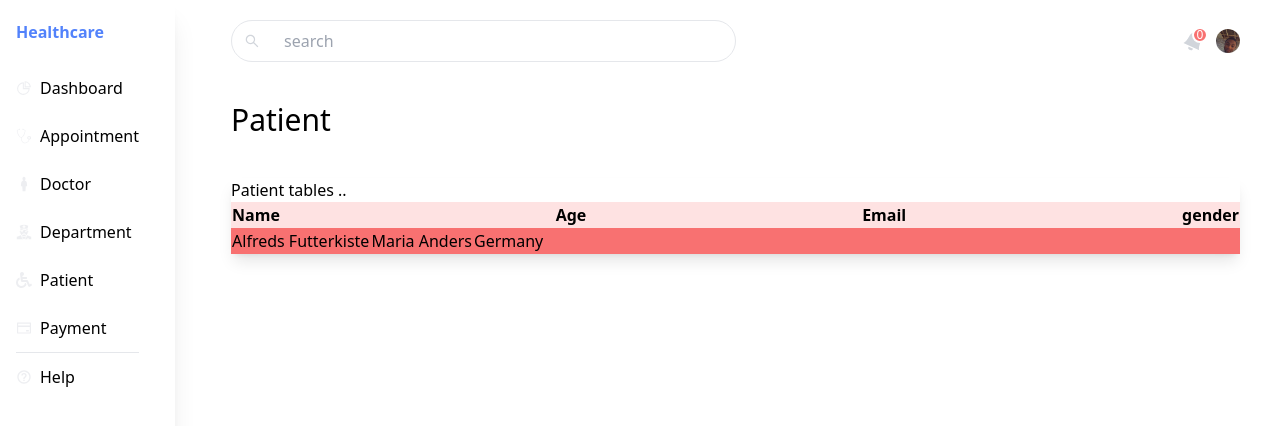
Repository: hisreal123/healthcare-dashboard
Page: /patient
The author's editor kept a copy of each file at every save. The page is drawn from the files as they stood at one save, then again after a run of saves.
The browser window is 1280 px wide. The pictures show the whole page.
The project was rebuilt for these pictures with package versions that can differ from the ones it lists, and the page was loaded fresh each time. Also part of the build but not shown: vite.config.ts, src/routes/Error.tsx, src/views/Dashboard.tsx, components/tables/AppointementTable.tsx, src/views/Appointment.tsx, src/views/Doctor.tsx, src/views/Department.tsx, src/views/Payment.tsx and 1 more.

Above is the page before, as saved 2023-05-05 19:05:21.

### src/main.tsx
import React from 'react'
import ReactDOM from 'react-dom/client'
import App from './App.tsx'
import './index.css'


ReactDOM.createRoot(document.getElementById('root') as HTMLElement).render(
  <React.StrictMode>
    <App />
  </React.StrictMode>,
)

### src/App.tsx
import React from "react"
import {
  createBrowserRouter,
  RouterProvider,
} from "react-router-dom";
import Navigation from "../components/Navigation";
import Error from "./routes/Error";
import Dashboard from "./views/Dashboard";
import Appointment from "./views/Appointment";
import Doctor from "./views/Doctor";
import Department from "./views/Department";
import Patient from "./views/Patient";
import Payment from "./views/Payment";
import Help from "./views/Help";
import { Provider } from "react-redux";
import store from '../redux/store';

const router = createBrowserRouter([
  {
    path: "/",
    element: <Navigation />,
    errorElement: <Error />,

    children: [
      {
        path: "/dashboard",
        element: <Dashboard />,
      },
      {
        path: "/appointment",
        element: <Appointment />,
      },
      {
        path: "/doctor",
        element: <Doctor />,
      },
      {
        path: "/department",
        element: <Department />,
      },
      {
        path: "/patient",
        element: <Patient />,
      },
      {
        path: "/payment",
        element: <Payment />,
      },
      {
        path: "/help",
        element: <Help />,
      },
    ]

  }
]);



function App() {
  return (
    <Provider store={store}>
      <RouterProvider router={router} />
    </Provider>
  )
}

export default App

### components/Navigation.tsx
import { Outlet } from "react-router-dom";
import { list } from "../src/data/Links";

export default function Navigation() {

    return (
        <>
            <section className="flex space-x-4">
                <div id="sidebar" className="  h-screen shadow-xl group">
                    <div className="px-4 ">

                        {/* logo */}
                        <div >
                            <h1 className="py-5 text-[#5282FB] font-bold">Healthcare</h1>
                        </div>

                        {/* nav */}
                        <nav className="relative pr-5 ">
                            <ul className="relative">
                                {list.map((list, index) => {
                                    return (
                                        <li key={index} className="flex space-x-2 items-center py-3 last:border-t ">
                                            <span className="text-gray-200/70 text-md ">{list.icon}</span>
                                            <a href={`./${list.link}`} className="focus:text-[#5282FB] ">{list.name}</a>
                                        </li>
                                    )
                                })}
                            </ul>
                        </nav>
                    </div>
                </div>
                <div id="detail" className="relative w-full"><Outlet /></div>
            </section>
        </>
    );
}

### src/views/Patient.tsx
import React from 'react'
import ProfileHeader from '../../components/holders/ProfileHeader'
import PatientTable from '../../components/tables/PatientsTable'


export default function Patient() {
    return (
        <>
            <section
                className=" px-10 pt-5 w-full relative">
                <ProfileHeader />

                <main className="div mt-10">
                    <h1 className='lg:text-3xl'> Patient</h1>
                    <PatientTable />
                </main>
            </section>
        </>
    )
}

### redux/store.js
import { configureStore } from "@reduxjs/toolkit";
import AppointmentReducer from "./slices/Appointment";
import patientsReducer from "./slices/Patient";



const store = configureStore({
    reducer : {
        appointments:  AppointmentReducer,
        patients:  patientsReducer,
    }
})


export default store

### src/data/Links.tsx
import { Home, BarChart2 } from 'react-feather';
import { GiStethoscope, GiPerson, GiNurseMale } from 'react-icons/gi'
import { FaWheelchair } from 'react-icons/fa'
import { AiOutlineCreditCard, AiOutlinePieChart } from 'react-icons/ai'
import { BiHelpCircle } from 'react-icons/bi'


type Class  = {
    id: number,
    icon: any,
    name:  string,
    link: string
}


export const list: Class[]= [
    {
        id: 1,
        icon: <AiOutlinePieChart />,
        name: 'Dashboard',
        link: './dashboard',
    },
    {
        id: 2,
        icon: <GiStethoscope />,
        name: 'Appointment',
        link: './Appointment',
    },
    {
        id: 3,
        icon: <GiPerson />,
        name: 'Doctor',
        link: './doctor',
    },
    {
        id: 4,
        icon: <GiNurseMale />,
        name: 'Department',
        link: './department',
    },
    {
        id: 5,
        icon: <FaWheelchair />,
        name: 'Patient',
        link: './patient',
    },
    {
        id: 6,
        icon: <AiOutlineCreditCard />,
        name: 'Payment',
        link: './payment',
    },
    {
        id: 7,
        icon: <BiHelpCircle />,
        name: 'Help',
        link: './help',
    },
]

### components/holders/ProfileHeader.tsx
import React from 'react'
import SearchBar from '../Misc/SearchBar'
import { BsFillBellFill } from 'react-icons/bs'



type ImageWrapperProp = {
    ImageWrapperStyle?: string
}
export const ImageWrapper = ({ ImageWrapperStyle }: ImageWrapperProp) => {
    return (
        <>
            <div className={` ${ImageWrapperStyle} cursor-pointer h-6 w-6 overflow-hidden rounded-full bg-black hover:h-6 hover:w-6`}>
                <img src='./profile.jpg' alt="" className='object-center ' />
            </div>
        </>
    )
}


export default function ProfileHeader() {

    const count = 0
    return (
        <>
            <section className='flex items-center justify-between relative w-full'>

                <SearchBar />

                <div className="right flex  items-center space-x-3">

                    <span className='relative group'>
                        <BsFillBellFill className=" cursor-pointer text-xl text-gray-300 rotate-[25deg] group-hover:text-gray-400" />
                        <span className=" cursor-pointer absolute -top-1 -right-1 text-xs text-white border-2 border-white  bg-red-400  group-hover:bg-red-600 rounded-full h-4 w-4  flex items-center  justify-center">
                            {count}
                        </span>
                    </span>


                    <ImageWrapper ImageWrapperStyle='' />
                </div>
            </section>
        </>
    )
}

### components/tables/PatientsTable.tsx
import React, { Fragment } from 'react'
import { useSelector } from 'react-redux'
import { selectAllPatient } from '../../redux/slices/Patient'
import { ImageWrapper } from '../holders/ProfileHeader'


type PatientTableProps = {
    patientStyle?: string
}


export default function PatientTable({ patientStyle }: PatientTableProps) {

    const patients: any = useSelector(selectAllPatient);
    console.log(patients)


    const PatientList = patients.map((patient: any, index: number) => {
        return (
            <>
                <tr key={index} className="flex-1 w-full flex relative justify-between">
                    <td className='flex item-center space-x-2'>
                        <ImageWrapper />
                        <span>
                            {patient.name}
                        </span>
                    </td>
                    <td>{patient.email}</td>
                    <td>{patient.age}</td>
                    <td>{patient.gender}</td>
                </tr>
            </>
        )
    })



    const PTable = () => {
        return (
            <>
                <table className="relative w-full bg-red-400 inline-block">
                    <tr className='flex-1 w-full bg-red-100 flex relative justify-between'>
                        <th>Name</th>
                        <th>Age</th>
                        <th>Email</th>
                        <th>gender</th>
                    </tr>
                    <tr className=''>
                        <td>Alfreds Futterkiste</td>
                        <td>Maria Anders</td>
                        <td>Germany</td>
                    </tr>
                </table>
            </>
        )
    }


    return (
        <>
            <section className={`${patientStyle} mt-10 bg-white shadow-lg relative`}>
                <h1> Patient tables ..</h1>
                <PTable />
            </section>
        </>
    )
}

### redux/slices/Appointment.js
import { createSlice } from "@reduxjs/toolkit";
import { sub } from "date-fns";

// const GENDER =  'M' || 'F',

// const userType = {
//     id: String,
//     name: String,
//     gender: String,
//     age: Number,
//     email:String
// }


const initialState = [

]



const appointmentsSlice = createSlice({
    name: 'appointments',
    initialState,
    reducers : {
        createAppointment (state, action ){
            state.push(action.payload)
        }
    }
})


export const createAppointment = appointmentsSlice.actions
export default appointmentsSlice.reducer

### redux/slices/Patient.js
import { createSlice } from "@reduxjs/toolkit";

const initialState = [
    {
        id:'1',
        image: '../profile.jpg',
        name: 'Lexis Alexandra',
        gender: 'M',
        age: 34,
        email: 'alex@gmail.com'
    },
    {
        id:'2',
        image: '../profile.jpg',
        name: 'Ronald Richard',
        gender: 'F',
        age: 40,
        email: 'Ronald@outlook.com'
    },
];

const patientsSlice = createSlice({
    name: 'patients',
    initialState,
    reducers: {
        addPatient(state, action) {
            state.push(action.payload);
        },
    },
});

export const selectAllPatient = (state) => state.patients;
export const { addPatient } = patientsSlice.actions;
export default patientsSlice.reducer;

### components/Misc/SearchBar.tsx
import React from 'react'
import { AiOutlineSearch } from 'react-icons/ai'

type SearchProps = {
    SearchStyle?: string
}

export default function SearchBar({ SearchStyle }: SearchProps) {
    const [name, setName] = React.useState('');



    const handleSearchClicked = (e: any) => {
        setName(e.target.value)
        console.log(name)
    }

    const handleFormSearch = (e: any) => {
        e.preventDefault()
        console.log(name)

        setName('')
    }
    return (
        <>
            <div className="search flex rounded-3xl overflow-hidden border items-center  w-1/2 ">
                <form className='flex items-center' onSubmit={handleFormSearch}>
                    <span className='px-3 relative'>
                        <AiOutlineSearch className="text-gray-300" onClick={handleSearchClicked} />
                    </span>
                    <input
                        type="text"
                        placeholder='search'
                        className={`${SearchStyle}  outline-none w-full py-2 pl-3 `}
                        aria-expanded
                        value={name}
                        onChange={handleSearchClicked}
                    />
                </form>
            </div>
        </>
    )
}

### tailwind.config.js
/** @type {import('tailwindcss').Config} */
export default {
   content: [
    "./index.html",
    "./src/**/*.{js,ts,jsx,tsx}",
    "./components/**/*.{js,ts,jsx,tsx}",
  ],
  theme: {
    extend: {},
  },
  plugins: [],
}

Loaded but not shown: index.html (common file); src/index.css (common file)

After the next 2 saves:
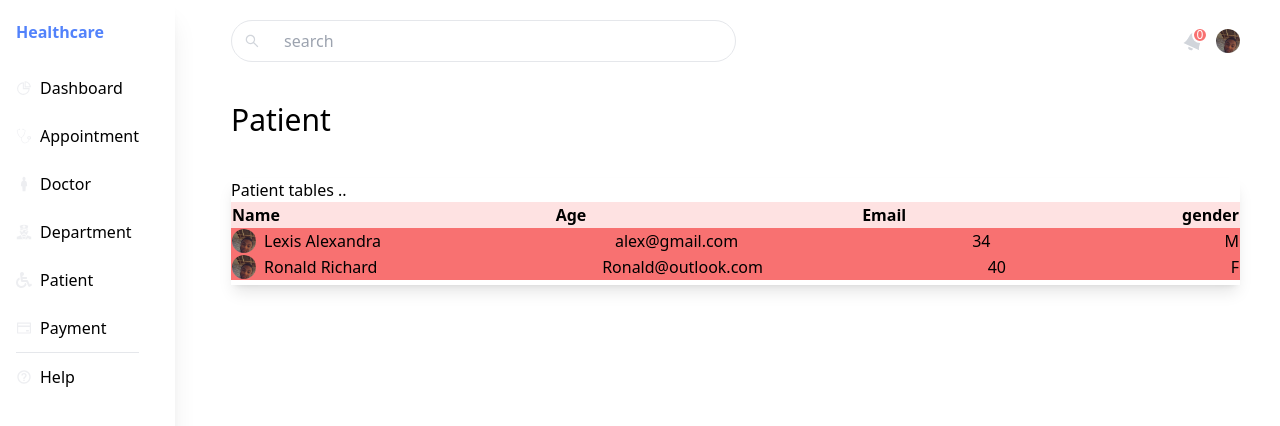
The 2 saves are shown as one change because they came seconds apart.
The last was saved 10 s later.
--- a/components/tables/PatientsTable.tsx
+++ b/components/tables/PatientsTable.tsx
@@ -45,11 +45,7 @@ export default function PatientTable({ patientStyle }: PatientTableProps) {
                         <th>Email</th>
                         <th>gender</th>
                     </tr>
-                    <tr className=''>
-                        <td>Alfreds Futterkiste</td>
-                        <td>Maria Anders</td>
-                        <td>Germany</td>
-                    </tr>
+                    {PatientList}
                 </table>
             </>
         )
